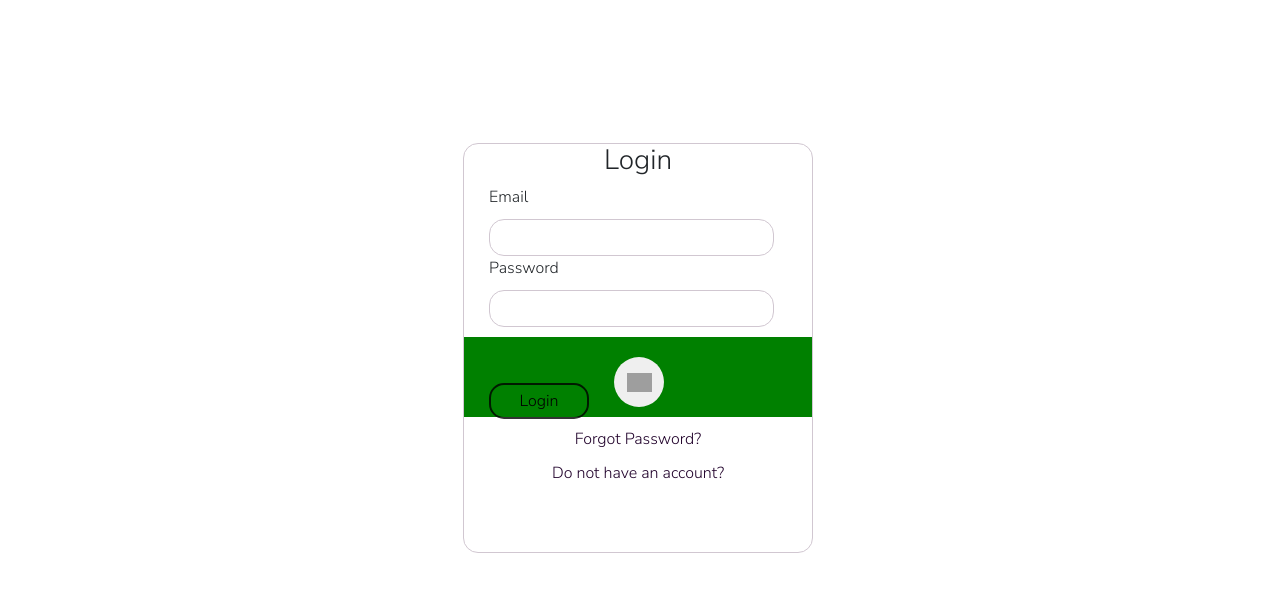
Repository: duzzisantos/rentify
Page: /auth
These files come from the project's save history. The page is drawn as it stood at one moment and after the next save; the edit follows.
The browser window is 1280 px wide. The pictures show the whole page.
Pictures or frames that could not be fetched are drawn as grey boxes. The project was rebuilt for these pictures with package versions that can differ from the ones it lists, and the page was loaded fresh each time. Also part of the build but not shown: src/home.js, src/admin.js, src/auth/register.js, src/table-component.js, src/edit-property.js, src/tables.js, src/booking.js.

Above is the page before, as saved 2022-05-19 02:16:19.

After the next save:
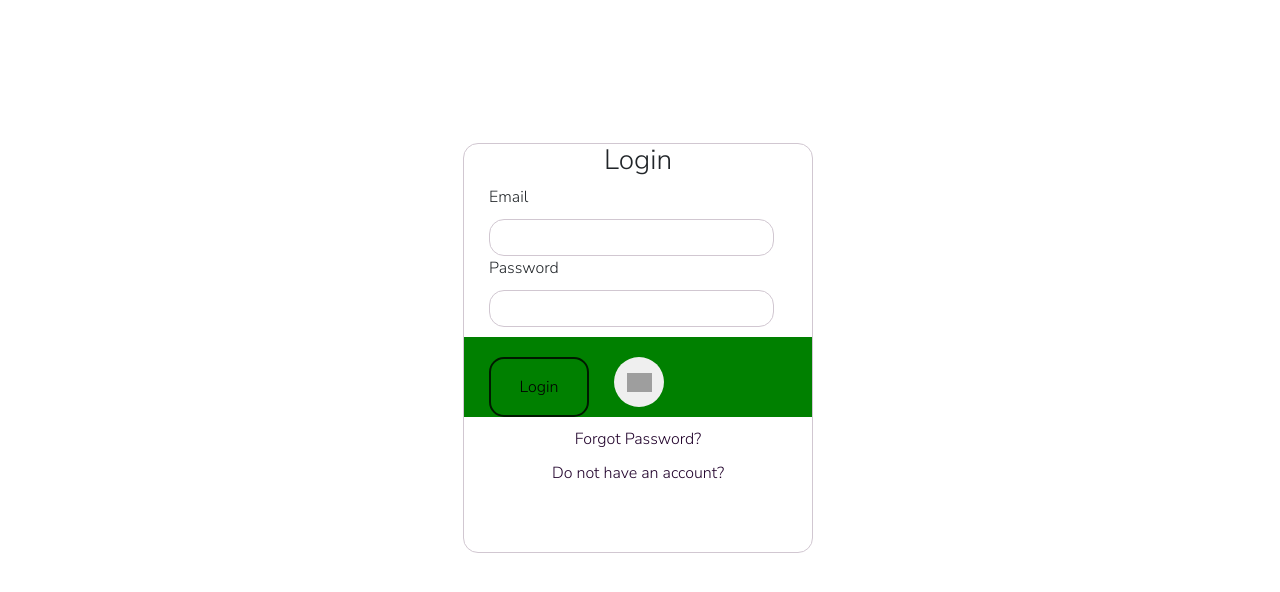
Saved 10 s later.
--- a/src/App.css
+++ b/src/App.css
@@ -472,7 +472,7 @@ tr img:hover {
   width: 100%;
   background-color: green;
   margin-top: 10px;
-  display: flexbox;
+  display: flex;
   flex-direction: row;
 }
 .login-btn, .register-btn{
